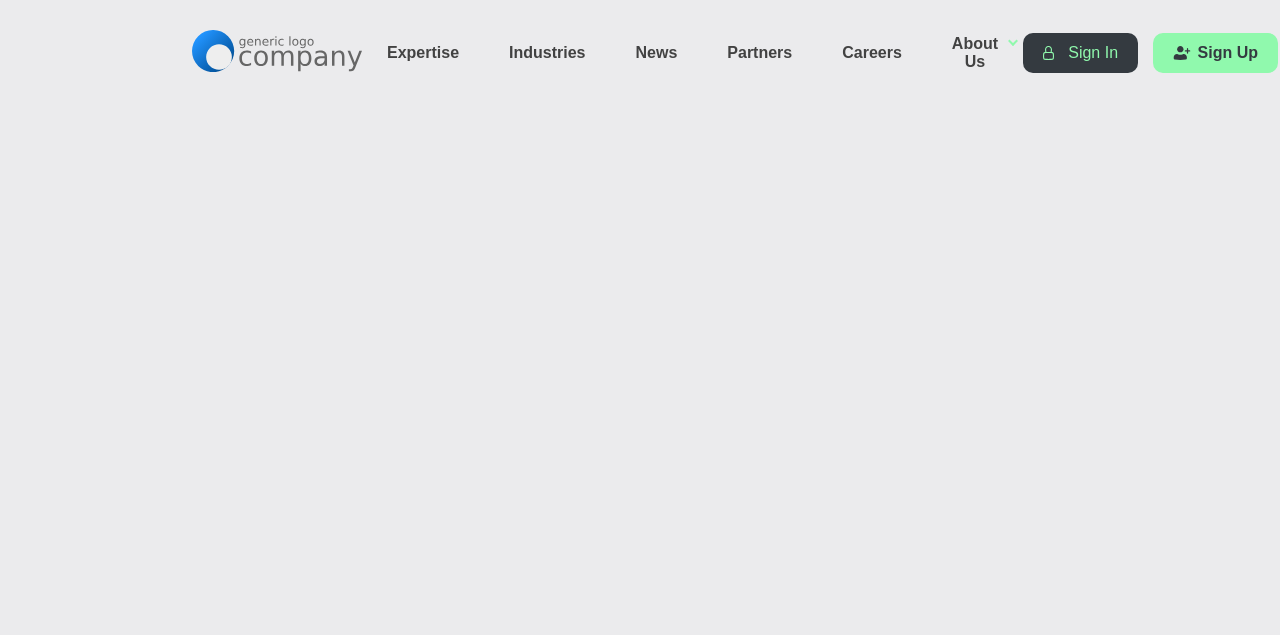
Repository: Andriy-Ma/widgetTask
Page: /
The author's editor kept a copy of each file at every save. The page is drawn from the files as they stood at one save, then again after the next save.
The browser window is 1280 px wide. The pictures show the whole page.
Some web fonts or font styles are not loaded; a fallback is used. The project was rebuilt for these pictures with package versions that can differ from the ones it lists, and the page was loaded fresh each time.

Above is the page before, as saved 2022-08-29 18:38:15.

### public/index.html
<!DOCTYPE html>
<html lang="en">
  <head>
    <meta charset="utf-8" />
    <link rel="icon" href="%PUBLIC_URL%/favicon.ico" />
    <link rel="stylesheet" href="https://use.typekit.net/clw7fgu.css">
    <meta name="viewport" content="width=device-width, initial-scale=1" />
    <meta name="theme-color" content="#000000" />
    <meta
      name="description"
      content="Web site created using create-react-app"
    />
    <link rel="apple-touch-icon" href="%PUBLIC_URL%/logo192.png" />
    <!--
      manifest.json provides metadata used when your web app is installed on a
      user's mobile device or desktop. See https://developers.google.com/web/fundamentals/web-app-manifest/
    -->
    <link rel="manifest" href="%PUBLIC_URL%/manifest.json" />
    <!--
      Notice the use of %PUBLIC_URL% in the tags above.
      It will be replaced with the URL of the `public` folder during the build.
      Only files inside the `public` folder can be referenced from the HTML.

      Unlike "/favicon.ico" or "favicon.ico", "%PUBLIC_URL%/favicon.ico" will
      work correctly both with client-side routing and a non-root public URL.
      Learn how to configure a non-root public URL by running `npm run build`.
    -->
    <title>React App</title>
  </head>
  <body>
    <noscript>You need to enable JavaScript to run this app.</noscript>
    <div id="root"></div>
    <!--
      This HTML file is a template.
      If you open it directly in the browser, you will see an empty page.

      You can add webfonts, meta tags, or analytics to this file.
      The build step will place the bundled scripts into the <body> tag.

      To begin the development, run `npm start` or `yarn start`.
      To create a production bundle, use `npm run build` or `yarn build`.
    -->
  </body>
</html>

### src/index.css
* {
  box-sizing: border-box;
  margin: 0;
  padding: 0;
}
body {
  font-family: 'Poppins', sans-serif;
  background-color: #ebebed;
  -webkit-font-smoothing: antialiased;
  -moz-osx-font-smoothing: grayscale;
}

### src/App.js
import React from 'react';
import styles from './App.module.css';
import Header from './components/Header/header';

function App() {
  return (
    <div className={styles.container}>
      <Header/>
    </div>
  );
}

export default App;

### src/App.module.css
.container {
    display: block;
    align-items: center;
    justify-content: center;
    padding-left: 15%;
    padding-right: 15%;
}

### src/components/Header/header.jsx
import React from 'react';
import Icon from './logo-generic';
import {ReactComponent as Lock} from './lock.svg';
import {ReactComponent as SignUp} from './signup.svg';
import styles from './header.module.css';

function Header() {
  return (
    <div className={styles.header}>
        <div className={styles.logo}>
          <a href="#home">
            <Icon/>
          </a>
        </div>
        <div className={styles.middleOfHeader}>
          <a href="#expertise">Expertise</a>
          <a href="#industries">Industries</a>
          <a href="#news">News</a>
          <a href="#partners">Partners</a>
          <a href="#careers">Careers</a>
          <a href="#aboutus" className={styles.aboutUs}>About Us</a>
        </div>
        <div className={styles.buttonsHeader}>
          <div className={styles.signin}>
            <Lock/>
            <p>Sign In</p>
          </div>
          <div className={styles.signup}>
            <SignUp/>
            <p>Sign Up</p>
          </div>
        </div>
    </div>
  )
}

export default Header;

### src/components/Header/logo-generic.jsx
import React from "react";

function Icon() {
  return (
    <svg
      xmlns="http://www.w3.org/2000/svg"
      version="1.1"
      viewBox="0 0 1425.8 353.74"
    >
      <defs>
        <linearGradient
          id="linearGradient5311"
          x1="-467.57"
          x2="-469.87"
          y1="-68.973"
          y2="488.43"
          gradientUnits="userSpaceOnUse"
        >
          <stop offset="0" stopColor="#2294fe"></stop>
          <stop offset="1" stopColor="#014f96"></stop>
        </linearGradient>
      </defs>
      <g transform="translate(364.43 8.482)">
        <g>
          <g fill="#666" transform="translate(-14.426 -21.336)">
            <path d="M145.49 192.37v19.095c-5.773-3.182-11.583-5.55-17.43-7.105a64.331 64.331 0 00-17.541-2.443c-13.248 0-23.536 4.22-30.863 12.657-7.327 8.363-10.991 20.13-10.991 35.304 0 15.172 3.663 26.977 10.991 35.415 7.327 8.363 17.615 12.545 30.863 12.545 5.92 0 11.768-.778 17.541-2.332 5.847-1.628 11.657-4.033 17.43-7.216v18.873a83.693 83.693 0 01-17.763 5.995c-6.07 1.332-12.545 1.998-19.428 1.998-18.725 0-33.601-5.884-44.629-17.652s-16.542-27.643-16.542-47.627c0-20.279 5.55-36.229 16.653-47.849 11.176-11.62 26.459-17.43 45.85-17.43 6.29 0 12.434.666 18.429 1.999a81.647 81.647 0 0117.43 5.772"></path>
            <path d="M228.98 201.92c-10.954 0-19.613 4.293-25.978 12.878-6.365 8.511-9.548 20.205-9.548 35.082 0 14.876 3.146 26.607 9.437 35.193 6.365 8.511 15.061 12.767 26.089 12.767 10.88 0 19.502-4.293 25.867-12.878 6.365-8.585 9.547-20.279 9.547-35.082 0-14.728-3.182-26.385-9.547-34.971-6.365-8.66-14.987-12.989-25.867-12.989m0-17.319c17.763 0 31.714 5.773 41.854 17.319s15.209 27.532 15.209 47.96c0 20.353-5.07 36.34-15.209 47.96-10.14 11.546-24.091 17.319-41.854 17.319-17.837 0-31.825-5.773-41.965-17.319-10.066-11.62-15.098-27.606-15.098-47.96 0-20.427 5.033-36.414 15.098-47.96 10.14-11.546 24.128-17.319 41.965-17.319"></path>
            <path d="M416.6 211.46c5.107-9.177 11.213-15.949 18.318-20.316 7.105-4.367 15.468-6.55 25.09-6.55 12.952 0 22.943 4.552 29.975 13.655 7.03 9.03 10.546 21.908 10.547 38.634v75.048h-20.538v-74.382c0-11.916-2.11-20.76-6.328-26.533-4.219-5.773-10.658-8.66-19.317-8.66-10.584 0-18.947 3.516-25.09 10.548-6.143 7.03-9.215 16.616-9.214 28.754v70.274h-20.538V237.55c0-11.99-2.11-20.834-6.328-26.533-4.22-5.773-10.732-8.66-19.54-8.66-10.435 0-18.724 3.553-24.867 10.658-6.143 7.031-9.215 16.58-9.215 28.643v70.274h-20.538v-124.34h20.538v19.317c4.663-7.623 10.251-13.248 16.764-16.875 6.513-3.626 14.247-5.44 23.203-5.44 9.03 0 16.69 2.295 22.981 6.883 6.365 4.59 11.065 11.25 14.099 19.983"></path>
            <path d="M560.7 293.28v65.945h-20.538v-171.63H560.7v18.873c4.293-7.401 9.695-12.878 16.209-16.431 6.587-3.627 14.432-5.44 23.536-5.44 15.098 0 27.347 5.995 36.747 17.985 9.473 11.99 14.21 27.755 14.21 47.294 0 19.54-4.737 35.304-14.21 47.294-9.4 11.99-21.649 17.985-36.747 17.985-9.104 0-16.949-1.776-23.536-5.329-6.513-3.626-11.916-9.14-16.209-16.542m69.497-43.408c0-15.024-3.109-26.792-9.326-35.304-6.143-8.585-14.617-12.878-25.423-12.878-10.806 0-19.317 4.293-25.534 12.878-6.143 8.512-9.214 20.28-9.214 35.304 0 15.024 3.071 26.83 9.214 35.415 6.217 8.512 14.728 12.767 25.534 12.767s19.28-4.255 25.423-12.767c6.217-8.585 9.326-20.39 9.326-35.415"></path>
            <path d="M741.77 249.43c-16.505 0-27.94 1.887-34.304 5.662-6.365 3.775-9.548 10.214-9.547 19.317 0 7.253 2.368 13.026 7.105 17.319 4.81 4.219 11.324 6.328 19.539 6.328 11.324 0 20.39-3.997 27.199-11.99 6.883-8.067 10.325-18.762 10.325-32.084v-4.552H741.77m40.744-8.437v70.94h-20.427V293.06c-4.663 7.549-10.473 13.137-17.43 16.764-6.958 3.552-15.47 5.329-25.534 5.329-12.73 0-22.87-3.553-30.42-10.658-7.475-7.18-11.212-16.764-11.212-28.754 0-13.988 4.662-24.535 13.988-31.64 9.4-7.106 23.388-10.658 41.965-10.658h28.643v-1.999c0-9.4-3.109-16.653-9.326-21.759-6.143-5.18-14.802-7.77-25.978-7.77-7.105 0-14.025.85-20.76 2.552-6.735 1.703-13.21 4.256-19.428 7.66v-18.872c7.475-2.887 14.728-5.033 21.76-6.44 7.03-1.48 13.876-2.22 20.537-2.22 17.985 0 31.418 4.663 40.3 13.988 8.88 9.326 13.321 23.462 13.321 42.41"></path>
            <path d="M928.5 236.89v75.048h-20.427v-74.382c0-11.768-2.295-20.575-6.883-26.422-4.589-5.847-11.472-8.77-20.65-8.77-11.027 0-19.723 3.515-26.088 10.547-6.365 7.03-9.548 16.616-9.548 28.754v70.274h-20.538v-124.34h20.538v19.317c4.885-7.476 10.621-13.063 17.208-16.764 6.661-3.7 14.321-5.551 22.981-5.551 14.284 0 25.09 4.44 32.417 13.322 7.327 8.807 10.991 21.797 10.991 38.967"></path>
            <path d="M1021.2 323.48c-5.773 14.802-11.398 24.461-16.875 28.976-5.477 4.515-12.804 6.772-21.981 6.772h-16.32v-17.097h11.99c5.625 0 9.992-1.332 13.1-3.996s6.55-8.956 10.325-18.873l3.664-9.326-50.291-122.34h21.648l38.856 97.252 38.856-97.252h21.648l-54.621 135.89"></path>
          </g>
          <g fill="#666" transform="translate(-416.34 -21.336)">
            <path d="M489.95 115.06c0-6.675-1.385-11.848-4.155-15.519-2.737-3.671-6.592-5.507-11.564-5.507-4.94 0-8.794 1.836-11.564 5.507-2.737 3.671-4.105 8.844-4.105 15.519 0 6.642 1.368 11.798 4.105 15.469 2.77 3.671 6.625 5.507 11.564 5.507 4.973 0 8.827-1.836 11.564-5.507 2.77-3.671 4.155-8.828 4.155-15.469m9.211 21.727c0 9.545-2.119 16.637-6.357 21.276-4.24 4.672-10.73 7.009-19.474 7.009-3.238 0-6.292-.25-9.162-.751a44.69 44.69 0 01-8.36-2.203v-8.961c2.703 1.468 5.373 2.553 8.01 3.254 2.636.7 5.323 1.051 8.06 1.051 6.04 0 10.563-1.585 13.567-4.756 3.004-3.137 4.505-7.893 4.505-14.268v-4.555c-1.902 3.304-4.338 5.774-7.309 7.409-2.97 1.635-6.524 2.453-10.663 2.453-6.875 0-12.415-2.62-16.62-7.86-4.206-5.24-6.308-12.182-6.308-20.826 0-8.677 2.102-15.636 6.307-20.876 4.206-5.24 9.746-7.86 16.621-7.86 4.139 0 7.693.818 10.663 2.454 2.97 1.635 5.407 4.105 7.31 7.409v-8.51h9.21v49.11"></path>
            <path d="M566.09 113.41v4.506h-42.352c.4 6.34 2.303 11.18 5.707 14.518 3.438 3.304 8.21 4.956 14.318 4.956 3.538 0 6.959-.434 10.263-1.302 3.337-.868 6.642-2.17 9.912-3.905v8.711a55.24 55.24 0 01-10.163 3.204 50.9 50.9 0 01-10.563 1.102c-8.944 0-16.037-2.604-21.276-7.81-5.206-5.207-7.81-12.248-7.81-21.126 0-9.178 2.47-16.454 7.41-21.827 4.973-5.407 11.664-8.11 20.075-8.11 7.542 0 13.5 2.436 17.872 7.309 4.405 4.84 6.608 11.43 6.608 19.774m-9.211-2.703c-.067-5.04-1.486-9.062-4.256-12.065-2.736-3.004-6.374-4.506-10.914-4.506-5.14 0-9.261 1.452-12.365 4.355-3.07 2.904-4.839 6.992-5.306 12.265l32.84-.05"></path>
            <path d="M627.62 109.9v33.842h-9.211v-33.541c0-5.306-1.035-9.278-3.104-11.915-2.07-2.636-5.173-3.955-9.312-3.955-4.973 0-8.894 1.585-11.765 4.756-2.87 3.17-4.305 7.493-4.305 12.966v31.689h-9.261V87.673h9.261v8.71c2.203-3.37 4.79-5.89 7.76-7.558 3.003-1.67 6.458-2.503 10.363-2.504 6.44 0 11.314 2.003 14.618 6.008 3.304 3.971 4.956 9.829 4.956 17.572"></path>
            <path d="M694.05 113.41v4.506h-42.352c.4 6.34 2.303 11.18 5.707 14.518 3.438 3.304 8.21 4.956 14.318 4.956 3.538 0 6.959-.434 10.263-1.302 3.337-.868 6.642-2.17 9.912-3.905v8.711a55.24 55.24 0 01-10.163 3.204 50.9 50.9 0 01-10.563 1.102c-8.944 0-16.037-2.604-21.276-7.81-5.206-5.207-7.81-12.248-7.81-21.126 0-9.178 2.47-16.454 7.41-21.827 4.973-5.407 11.664-8.11 20.075-8.11 7.543 0 13.5 2.436 17.872 7.309 4.405 4.84 6.608 11.43 6.608 19.774m-9.211-2.703c-.067-5.04-1.486-9.062-4.256-12.065-2.736-3.004-6.374-4.506-10.913-4.506-5.14 0-9.261 1.452-12.365 4.355-3.07 2.904-4.839 6.992-5.306 12.265l32.84-.05"></path>
            <path d="M741.46 96.286a11.624 11.624 0 00-3.404-1.302c-1.202-.3-2.537-.45-4.005-.45-5.207 0-9.212 1.702-12.015 5.106-2.77 3.371-4.155 8.227-4.155 14.568v29.537h-9.262V87.676h9.262v8.71c1.935-3.403 4.455-5.923 7.56-7.558 3.103-1.67 6.874-2.503 11.313-2.503.634 0 1.335.05 2.103.15.767.067 1.618.183 2.553.35l.05 9.462"></path>
            <path d="M751.22 87.676h9.211v56.069h-9.211V87.676m0-21.827h9.211v11.664h-9.211V65.849"></path>
            <path d="M820.01 89.828v8.61c-2.603-1.434-5.223-2.502-7.86-3.203a29.012 29.012 0 00-7.91-1.102c-5.974 0-10.613 1.903-13.917 5.707-3.304 3.772-4.956 9.078-4.956 15.92 0 6.842 1.652 12.165 4.957 15.97 3.304 3.772 7.943 5.657 13.917 5.657 2.67 0 5.306-.35 7.91-1.051 2.636-.734 5.256-1.819 7.859-3.254v8.51a37.736 37.736 0 01-8.01 2.704c-2.737.6-5.657.9-8.76.9-8.445 0-15.153-2.652-20.126-7.959-4.973-5.306-7.459-12.465-7.459-21.477 0-9.144 2.503-16.337 7.51-21.577 5.039-5.24 11.93-7.86 20.675-7.86 2.837 0 5.607.3 8.31.902a36.82 36.82 0 017.86 2.603"></path>
            <path d="M868.57 65.849h9.211v77.896h-9.211V65.849"></path>
            <path d="M918.73 94.134c-4.94 0-8.844 1.936-11.714 5.807-2.87 3.838-4.305 9.111-4.305 15.82s1.418 11.998 4.255 15.87c2.87 3.838 6.792 5.757 11.765 5.757 4.906 0 8.794-1.935 11.664-5.807 2.87-3.871 4.305-9.144 4.305-15.82 0-6.641-1.435-11.898-4.305-15.769-2.87-3.905-6.758-5.857-11.664-5.857m0-7.81c8.01 0 14.301 2.604 18.873 7.81 4.572 5.206 6.858 12.415 6.859 21.627 0 9.178-2.287 16.387-6.859 21.627-4.572 5.206-10.863 7.81-18.873 7.81-8.043 0-14.351-2.604-18.923-7.81-4.539-5.24-6.808-12.45-6.808-21.627 0-9.211 2.27-16.42 6.808-21.627 4.572-5.206 10.88-7.81 18.923-7.81"></path>
            <path d="M996.58 115.06c0-6.675-1.385-11.848-4.155-15.519-2.737-3.671-6.592-5.507-11.564-5.507-4.94 0-8.794 1.836-11.564 5.507-2.737 3.671-4.105 8.844-4.105 15.519 0 6.642 1.368 11.798 4.105 15.469 2.77 3.671 6.625 5.507 11.564 5.507 4.973 0 8.828-1.836 11.564-5.507 2.77-3.671 4.155-8.828 4.155-15.469m9.211 21.727c0 9.545-2.119 16.637-6.357 21.276-4.24 4.672-10.73 7.009-19.474 7.009-3.238 0-6.292-.25-9.162-.751a44.69 44.69 0 01-8.36-2.203v-8.961c2.703 1.468 5.373 2.553 8.01 3.254 2.636.7 5.323 1.051 8.06 1.051 6.04 0 10.563-1.585 13.567-4.756 3.003-3.137 4.505-7.893 4.505-14.268v-4.555c-1.902 3.304-4.338 5.774-7.309 7.409-2.97 1.635-6.524 2.453-10.663 2.453-6.875 0-12.415-2.62-16.62-7.86-4.206-5.24-6.308-12.182-6.308-20.826 0-8.677 2.102-15.636 6.307-20.876 4.206-5.24 9.746-7.86 16.621-7.86 4.139 0 7.693.818 10.663 2.454 2.97 1.635 5.407 4.105 7.31 7.409v-8.51h9.21v49.11"></path>
            <path d="M1046.5 94.134c-4.94 0-8.844 1.936-11.714 5.807-2.87 3.838-4.305 9.111-4.305 15.82s1.418 11.998 4.255 15.87c2.87 3.838 6.792 5.757 11.765 5.757 4.906 0 8.794-1.935 11.664-5.807 2.87-3.871 4.305-9.144 4.305-15.82 0-6.641-1.435-11.898-4.305-15.769-2.87-3.905-6.758-5.857-11.664-5.857m0-7.81c8.01 0 14.3 2.604 18.873 7.81 4.572 5.206 6.858 12.415 6.858 21.627 0 9.178-2.286 16.387-6.858 21.627-4.572 5.206-10.864 7.81-18.873 7.81-8.043 0-14.351-2.604-18.924-7.81-4.539-5.24-6.808-12.45-6.808-21.627 0-9.211 2.269-16.42 6.808-21.627 4.572-5.206 10.88-7.81 18.924-7.81"></path>
          </g>
          <g transform="rotate(-45 269.773 885.347) scale(.61927)">
            <path
              fill="url(#linearGradient5311)"
              d="M-184.26 202.82c0 157.74-127.87 285.61-285.61 285.61s-285.61-127.87-285.61-285.61S-627.61-82.79-469.87-82.79s285.61 127.87 285.61 285.61z"
              transform="translate(1202 -114.01)"
            ></path>
            <path
              fill="#eee"
              d="M-184.26 202.82c0 157.74-127.87 285.61-285.61 285.61s-285.61-127.87-285.61-285.61S-627.61-82.79-469.87-82.79s285.61 127.87 285.61 285.61z"
              transform="translate(1018.2 79.03) scale(.60887)"
            ></path>
          </g>
        </g>
      </g>
    </svg>
  );
}

export default Icon;

### src/components/Header/header.module.css
.logo {
    display: block;
    min-width: 170px;
}
.header {
    display: flex;
    justify-content: space-between;
    align-items: center;
    padding-top: 30px;
    min-width: 1000px;
}
.middleOfHeader {
    display: flex;
    justify-content: space-between;
    align-items: center;
    text-decoration: none;
}
.middleOfHeader a {
    display: block;
    color: #424242;
    text-align: center;
    padding: 0px 25px;
    text-decoration: none;
    font-size: 16px;
    font-weight: 600;
}
.aboutUs{
    position: relative;
}
.aboutUs::after{
    content: '';
    border-left: 2px solid #90F9AD;
    border-top: 2px solid #90F9AD;
    width: 5px;
    height: 5px;
    float: right;
    transform: translate(50%, -50%) rotate(-135deg);
    position: absolute;
    top: 6px;
    right: 10px;
}
.buttonsHeader {
    display: flex;
    justify-content: space-between;
    align-items: center;
}
.buttonsHeader:hover {
    cursor: pointer;
}
.signin {
    display: flex;
    justify-content: space-between;
    align-items: center;
    color: #90F9AD;
    background-color: #343A40;
    font-weight: 500;
    padding: 0px 20px;
    border-radius: 10px;
    width: 115px;
    height: 40px;
    margin-right: 15px;
}
.signup {
    display: flex;
    justify-content: space-between;
    align-items: center;
    color: #343A40;
    background-color: #90F9AD;
    font-weight: 600;
    padding: 0px 20px;
    border-radius: 10px;
    width: 125px;
    height: 40px;
}

### src/components/Main/main.jsx
import React from 'react';
import ChooseForm from './ChooseForm/chooseForm';

function MainBlock() {
  return (
    <ChooseForm/>
  )
}

export default MainBlock;

### src/components/Main/ChooseForm/chooseForm.jsx
import React from 'react';
import styles from './chooseForm.module.css';

function ChooseForm() {
  return (
    <div className={styles.form}>chooseForm</div>
  )
}

export default ChooseForm;

### src/components/Main/ChooseForm/chooseForm.module.css
.form{
    width: 600px;
    height: 450px;
    background-color: aliceblue;
    margin-top: 70px;
}

Loaded but not shown: src/index.js (common file)

After the next save:
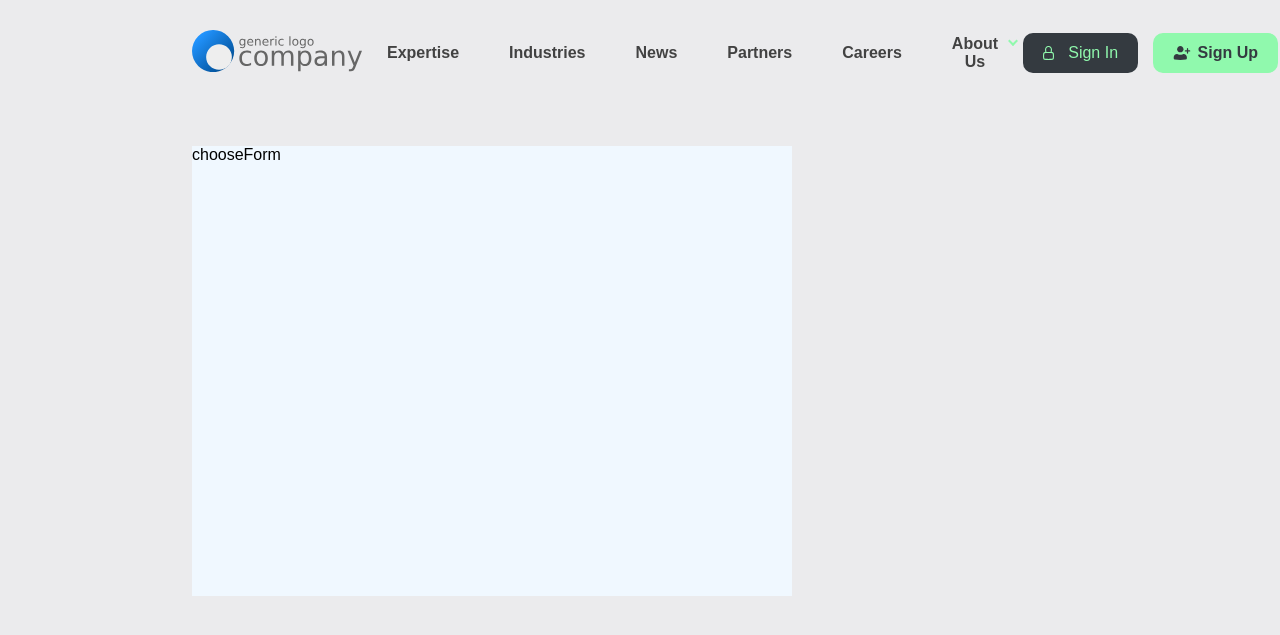
Saved 20 s later.
--- a/src/App.js
+++ b/src/App.js
@@ -1,11 +1,13 @@
 import React from 'react';
 import styles from './App.module.css';
 import Header from './components/Header/header';
+import MainBlock from './components/Main/main';
 
 function App() {
   return (
     <div className={styles.container}>
       <Header/>
+      <MainBlock/>
     </div>
   );
 }
